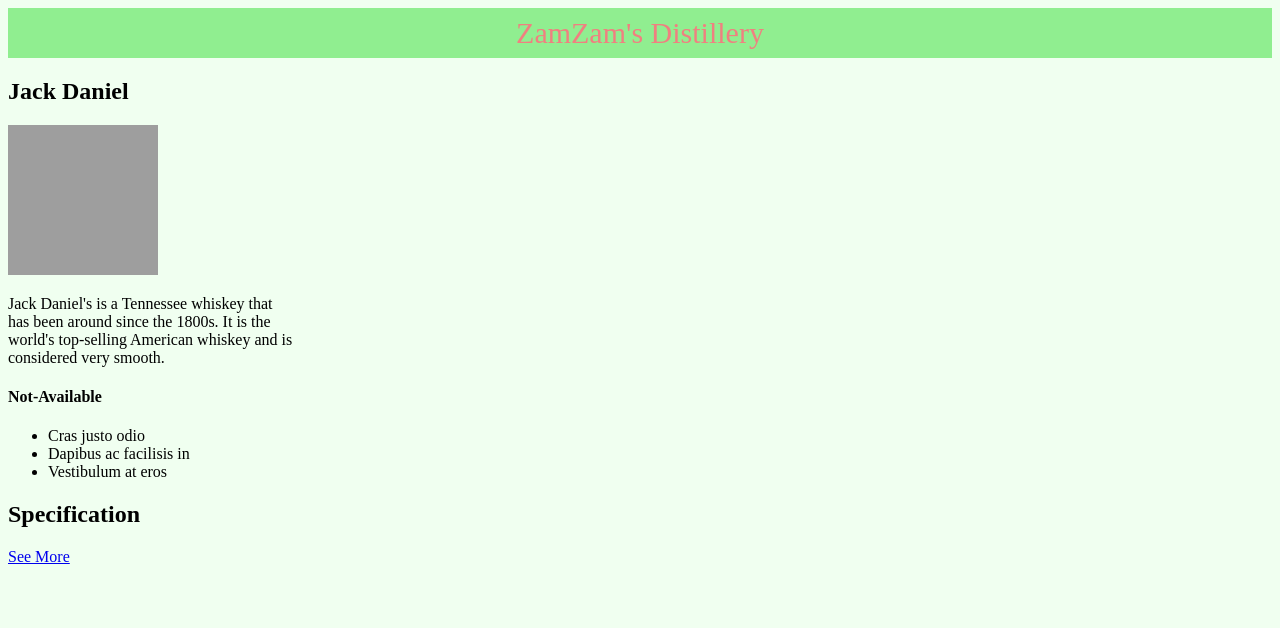
Repository: ZamlZam/REPO-11
Page: product-cards/index.html
These files come from the project's save history. The page is drawn as it stood at one moment and after a run of saves; the edit follows.
The browser window is 1280 px wide. The pictures show the whole page.
Pictures or frames that could not be fetched are drawn as grey boxes.

Above is the page before, as saved 2023-04-13 13:40:33.

After the next 2 saves:
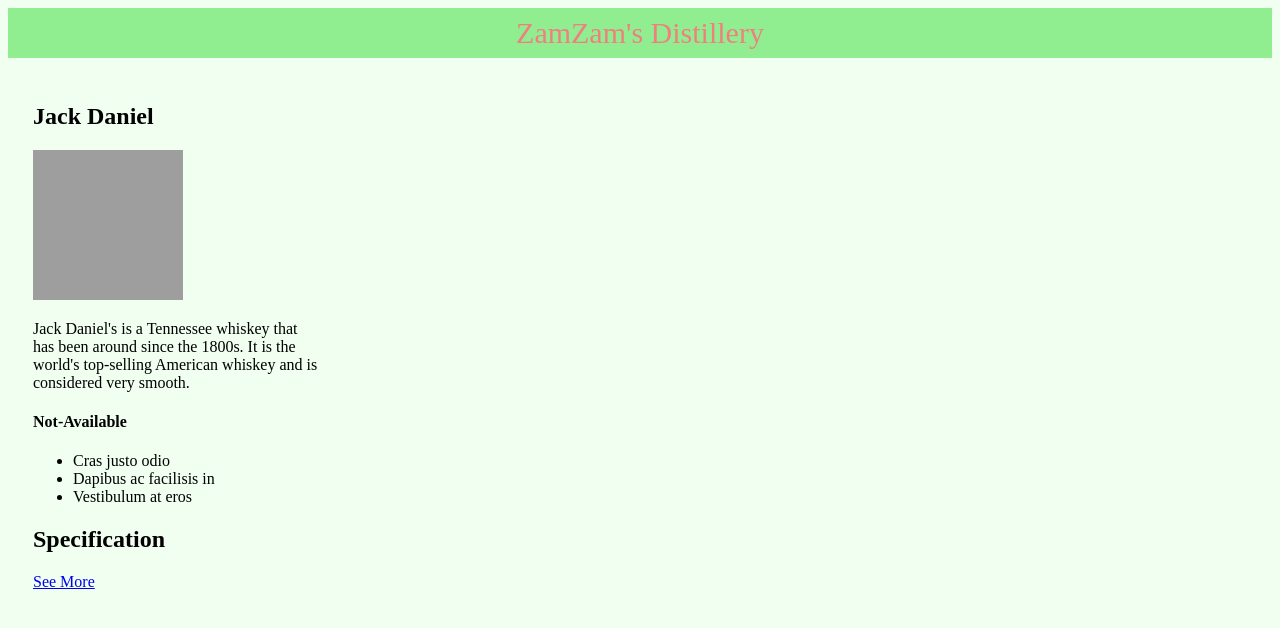
The 2 saves are shown as one change because they came seconds apart.
The last was saved 6 s later.
--- a/product-cards/main.css
+++ b/product-cards/main.css
@@ -16,5 +16,6 @@
 }
 
 .card-wrap {
-  padding: 20;
+  padding: 25px;
+
 }
